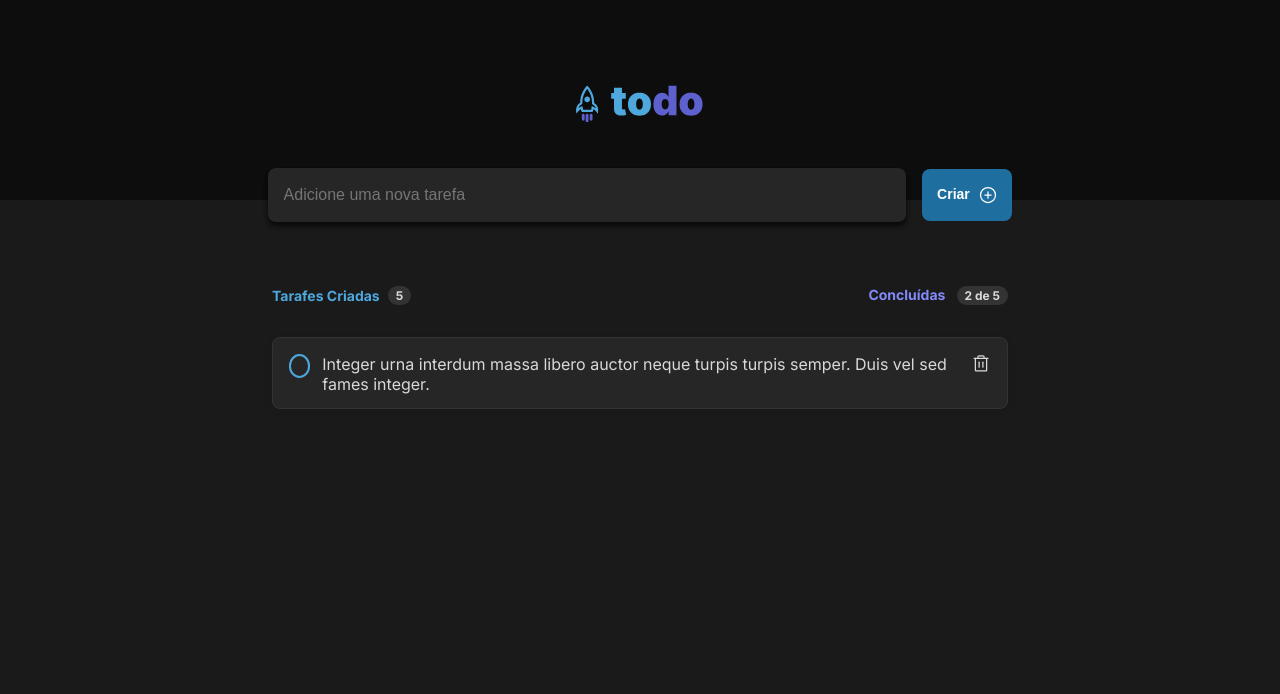
Repository: guilhermecardoso93/todolistreact
Page: /
These files come from the project's save history. The page is drawn as it stood at one moment and after the next save; the edit follows.
The browser window is 1280 px wide. The pictures show the whole page.
The project was rebuilt for these pictures with package versions that can differ from the ones it lists, and the page was loaded fresh each time. Also part of the build but not shown: vite.config.ts.

Above is the page before, as saved 2022-07-02 20:07:33.

After the next save:
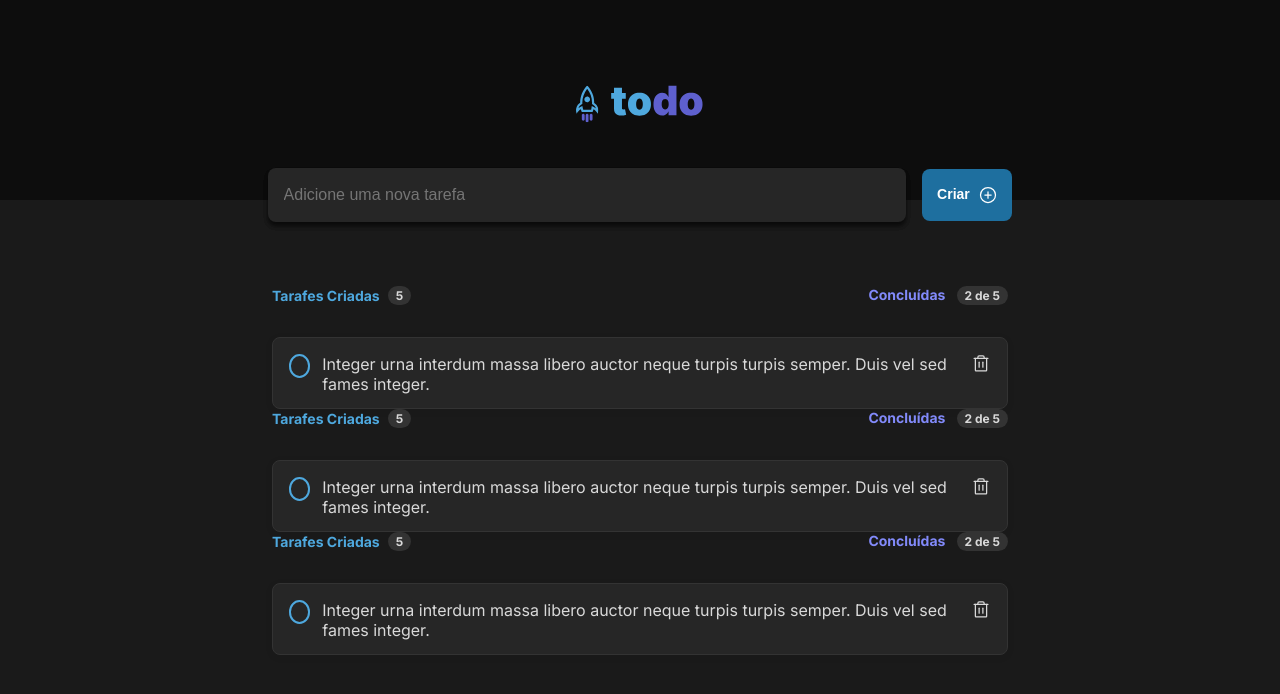
Saved 12 s later.
--- a/src/Tasks.tsx
+++ b/src/Tasks.tsx
@@ -10,6 +10,8 @@ export function Tasks() {
       <TaskBar />
       <div>
         <TaskList />
+        <TaskList />
+        <TaskList />
       </div>
     </div>
   );
